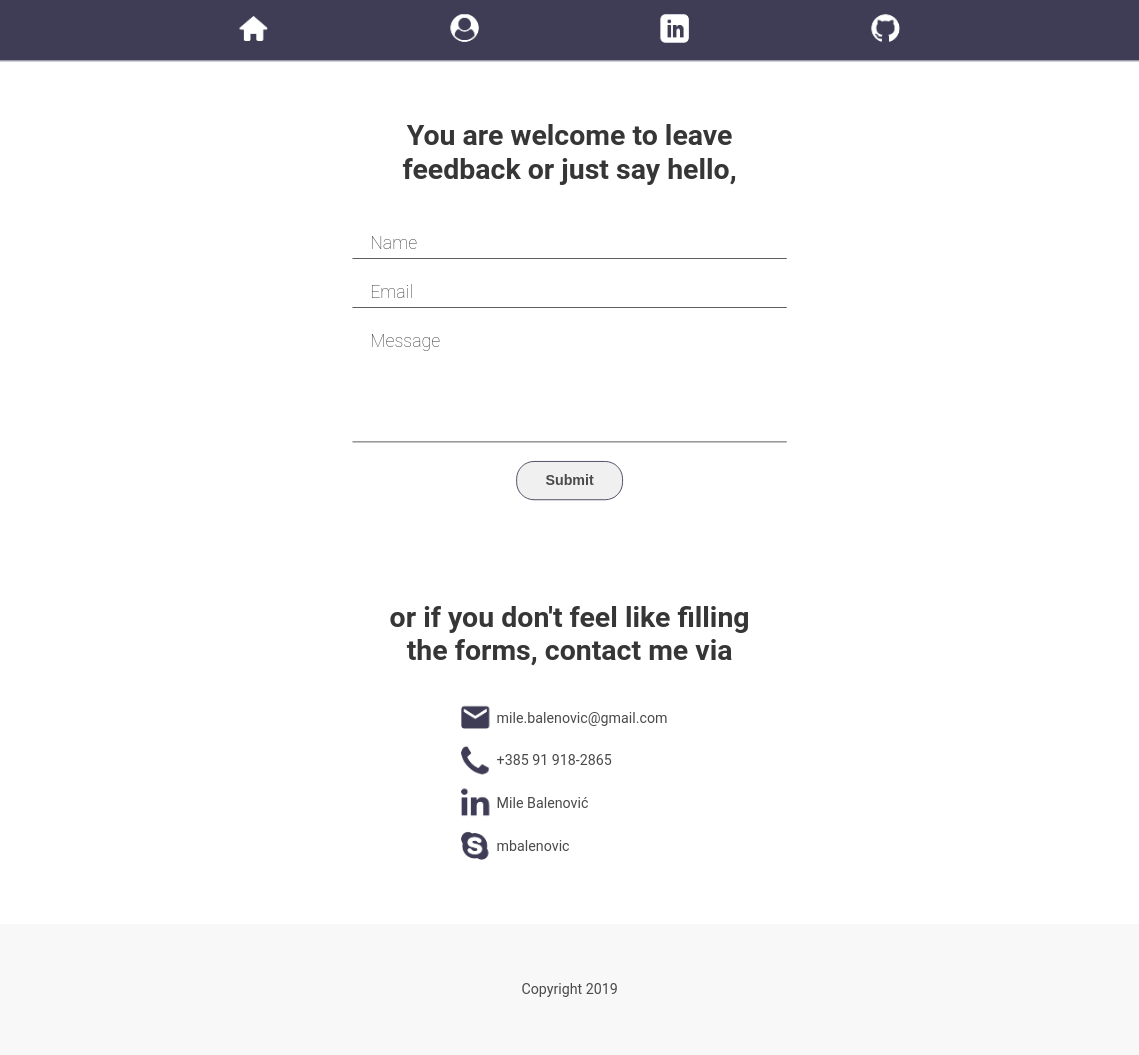
Repository: milac0/my-website
Page: /contact
These files come from the project's save history. The page is drawn as it stood at one moment and after the next save; the edit follows.
The browser window is 1280 px wide. The pictures show the whole page, at 89% of full size.
The project was rebuilt for these pictures with package versions that can differ from the ones it lists, and the page was loaded fresh each time. Also part of the build but not shown: src/components/Hero.js, src/components/AboutMe.js, src/components/Education.js, src/components/Experience.js, src/components/Projects.js, src/components/SectionCTA.js, src/pages/Home.js. Imported but missing from the stored project, and not drawn on this page: src/resume.pdf.

Above is the page before, as saved 2019-10-24 13:34:32.

### public/index.html
<!DOCTYPE html>
<html lang="en">
  <head>
    <meta charset="utf-8" />
    <link rel="icon" href="%PUBLIC_URL%/favicon.ico" />
    <meta name="viewport" content="width=device-width, initial-scale=1" />
    <meta name="theme-color" content="#000000" />
    <meta
      name="description"
      content="Web site created using create-react-app"
    />
    <!--
      manifest.json provides metadata used when your web app is installed on a
      user's mobile device or desktop. See https://developers.google.com/web/fundamentals/web-app-manifest/
    -->
    <link rel="manifest" href="%PUBLIC_URL%/manifest.json" />
    <!--
      Notice the use of %PUBLIC_URL% in the tags above.
      It will be replaced with the URL of the `public` folder during the build.
      Only files inside the `public` folder can be referenced from the HTML.

      Unlike "/favicon.ico" or "favicon.ico", "%PUBLIC_URL%/favicon.ico" will
      work correctly both with client-side routing and a non-root public URL.
      Learn how to configure a non-root public URL by running `npm run build`.
    -->
    <title>Mile Balenovic</title>
  </head>
  <body>
    <noscript>You need to enable JavaScript to run this app.</noscript>
    <div id="root"></div>
    <!--
      This HTML file is a template.
      If you open it directly in the browser, you will see an empty page.

      You can add webfonts, meta tags, or analytics to this file.
      The build step will place the bundled scripts into the <body> tag.

      To begin the development, run `npm start` or `yarn start`.
      To create a production bundle, use `npm run build` or `yarn build`.
    -->
  </body>
</html>

### src/index.css
html, body {
  height: 100%;
}

body {
  display: flex;
  flex-direction: column;
}

body {
  margin: 0;
  font-family: 'Roboto', sans-serif;
  -webkit-font-smoothing: antialiased;
  -moz-osx-font-smoothing: grayscale;
}

/*****
  Navbar & Hero
*****/

header,
.hero {
  /* background: #1f2e3f; */
  /* background: #19427A; */
  background:#3F3D56;
  border-bottom: 0.1px solid #ffffff;
  text-align: center;
}

.hero {
  margin-bottom: 2em;
}

.container {
  width: 90%;
  max-width: 1200px;
  margin: 0 auto;
}

nav li {
  list-style: none;
  display: flex;
  justify-content: space-evenly;
  align-items: center;
}

.nav-item:hover {
  filter: invert(0.1);
}
nav ul {
  padding: 0;
}

.hero {
  margin-bottom: 2.5em;
}

.hero-profile {
  padding: 3em 0;
}

.hero-profile img {
  margin-bottom: 0.5em;
}

.hero-profile-title,
.hero-profile-subtitle {
  color: #ffffff;
}

.hero-profile h1 {
  margin: 0;
  font-size: 2rem;
}

.hero-profile p {
  font-size: 1rem;
  margin: 0;
  margin-top: -0.25rem;
  margin-bottom: 1.5em;
}

.hero-profile-subtitle strong {
  font-weight: 700;
  color: #61dafb;
}

.button-cta,
.button-home {
  /* background: #F16334; */
  background: #00AEA0;
  color: #1f2e3f;
  padding: 0.75em 2em;
  border: none;
  border-radius: 20px;
  font-size: 1rem;
  font-weight: 700;
  text-decoration: none;
}

.button-cta:hover,
.button-cta:focus {
  /* background: #ed4d1c; */
  background: #00C1B1;
  color: #1f2e3f;
  cursor: pointer;
}

.button-home {
  background: #ffffff;
  border: 2px solid #1f2e3f;
  padding: 0.3em 1em;
}

.button-home:hover,
.button-home:focus {
  border: 2px solid #ffffff;
 filter: invert(0.1);
}


/*****
  Typography
*****/

h1 {
  color: #363636;
}

h2 {
  color: #363636;
  font-size: 1.5rem;
  font-weight: 500;
  margin: 0;
}

p,
ul {
  color: #4a4a4a;
}

.section-skill h2 {
  color: #1F2E3F;
  font-size: 1.25rem;
  font-weight: 400;
  margin: 0;
}

.section-body {
  font-size: 1rem;
  margin-bottom: 1em;
}

#section-cta .section-title,
#section-cta .section-body {
  color: #ffffff;

}

/*****
  Layout
*****/
section {
  margin-bottom: 2.5em;
}

.section-title {
  border-bottom: 2px solid #F8F8F9;
  font-size: 2rem;
  padding-bottom: 0.5em;
}

.article-education,
.section-skill {
  box-shadow: 2px 2px #F8F8F9;
  border: 2px solid #F8F8F9;
  /* background: #fafafa; */
  margin-bottom: 1em;
  padding: 0.5em;
}

.article-education li{
  margin-bottom: 0.5em;
}

.section-skill {
  background: #F8F8F9;
  text-align: center;
}

.section-skill p {
  margin: 0;
}

.section-skill-image {
  display: block;
  margin: 0 auto 1em auto;
  width: 70%;
}

article {
  background: #F8F8F9;
  padding: 1em;
  margin-bottom: 1em;
}

article h2 {
  margin-bottom: 0.5em;
}

.project-image {
  display: block;
  width: 100%;
  cursor: pointer;
  border-left: 1px solid #19427A;
  border-bottom: 1px solid #19427A;
  border-radius: 0 0 0 5px;
}

.project-image:hover {
  filter: invert(0.1);
}


#section-cta {
  padding-bottom: 5em;
  background: #3F3D56;
}

#section-cta{
  text-align: center;
  padding: 0.5em;
}

#section-cta .button-cta {
  margin: 1em 0 2em 0;
}

footer {
  background: #F8F8F9;
  padding: 3em 0;
  width: 100%;
  text-align: center;
  flex-shrink: 0;
}

.invalid-feedback {
  color: #D8000C;
  font-size: 0.75rem;
  font-family: 'Roboto', sans-serif;
}

### src/App.js
import React from 'react';
import {
  BrowserRouter as Router,
  Switch,
  Route,
} from "react-router-dom";
import Home from './pages/Home'
import Contact from './pages/Contact';

function App() {
  return (
      <Router>
        <Switch>
        <Route path ="/" exact component={Home} />
        <Route path ="/contact" component={Contact} />
        </Switch>
      </Router>

  );
}

export default App;

### src/pages/Contact.js
import React, { Fragment } from "react";
import Navbar from "../components/Navbar";
import Footer from "../components/Footer";
import FormContact from '../components/FormContact'
import styles from "./contact.module.css";

import skypeIcon from "../images/skype.png";
import mailIcon from "../images/mail.png";
import linkedinIcon from "../images/linkedin-contact.png";
import phoneIcon from "../images/phone.png";

const Contact = () => {
  return (
    <Fragment>
      <Navbar />
      <main>
        <div className={styles.container}>
            <h1 className={styles.contactTitle}>
              You are welcome to leave feedback or just say hello,
            </h1>
          <section>
            <FormContact />
          </section>
          <section className={styles.otherContacts}>
            <h1 className={styles.contactTitle}>or if you don't feel like filling the forms, contact me via</h1>
            <ul className={styles.contacts}>
              <li>
                <a className={styles.contactItem} href="mailto:mile.balenovic@gmail.com?Subject=Hello">
                  <img src={mailIcon} alt="github" />
                  <span className={styles.contactBody}>mile.balenovic@gmail.com</span>
                </a>
              </li>
              <li>
                <a className={styles.contactItem} href="tel:00385919182865">
                  <img src={phoneIcon} alt="phone" />
                  <span className={styles.contactBody}>+385 91 918-2865</span>
                </a>
              </li>
              <li>
                <a className={styles.contactItem} href="https://www.linkedin.com/in/mile-balenovi%C4%87-a4ab9188/">
                  <img src={linkedinIcon} alt="linkedin" />
                  <span className={styles.contactBody}>Mile Balenović</span>
                </a>
              </li>
              <li>
                <a className={styles.contactItem} href="skype:mbalenovic?chat">
                  <img src={skypeIcon} alt="skype" />
                  <span className={styles.contactBody}>mbalenovic</span>
                </a>
              </li>
            </ul>
          </section>
        </div>
      </main>
      <Footer />
    </Fragment>
  );
};

export default Contact;

### src/components/Navbar.js
import React from "react";
import { Link } from 'react-router-dom'

import resumeIcon from "../images/resume.png";
import linkedinIcon from "../images/linkedin.png";
import githubIcon from "../images/github.png";
import homeIcon from "../images/home.png";
import resumePdf from "../resume.pdf";

//mui
import Tooltip from "@material-ui/core/Tooltip";

const Navbar = ({ showHome }) => {
  return (
    <header>
      <div className="container">
        <nav>
          <li>
          <ul>
              <Tooltip title="Home">
                <Link to="/">
                  <img className="nav-item" src={homeIcon} alt="home" />
                </Link>
              </Tooltip>
            </ul>
            <ul>
              <Tooltip title="Resume">
                <a href={resumePdf} download target="_self">
                  <img className="nav-item" src={resumeIcon} alt="resume" />
                </a>
              </Tooltip>
            </ul>
            <ul>
              <Tooltip title="Linkedin">
                <a href="https://www.linkedin.com/in/mile-balenovi%C4%87-a4ab9188/">
                  <img className="nav-item" src={linkedinIcon} alt="linkedin" />
                </a>
              </Tooltip>
            </ul>
            <ul>
              <Tooltip title="Github">
                <a href="https://github.com/milac0">
                  <img className="nav-item" src={githubIcon} alt="github" />
                </a>
              </Tooltip>
            </ul>
          </li>
        </nav>
      </div>
    </header>
  );
};

export default Navbar;

### src/components/Footer.js
import React from 'react';

const Footer = () => {
    return (
        <footer>
        <p> Copyright 2019</p>
     </footer>
    );
};

export default Footer;

### src/components/FormContact.js
import React, { useState, Fragment } from 'react';
import { Formik, Form, Field, ErrorMessage } from 'formik';
import * as Yup from 'yup';
import emailjs from 'emailjs-com'

import styles from './formContact.module.css'

const FormContact = () => {

    const [description, setDescription] = useState('')

    return (
        <Formik
                initialValues={{
                    name: '',
                    message: '',
                    email: ''
                }}
                validationSchema={Yup.object().shape({
                    name: Yup.string()
                        .required('Name is required'),
                    message: Yup.string()
                        .required('Message is required'),
                    email: Yup.string()
                        .email('Email is invalid')
                        .required('Email is required')
                })}
                onSubmit={({name, message, email }, { resetForm}) => {
                    emailjs.send('gmail_mile_balenovic', 'template_kfALJkSq', {name, email, message}, process.env.REACT_APP_API_KEY)
                    .then(response => {
                        if(response.status === 200) {
                            setDescription(`Hear you soon!`)
                            resetForm()
                        } else {
                            setDescription(`Something went wrong. Try contacts bellow!`)
                        }
                    })
                    .catch(err => console.log(err))
                }}
                render={({ errors, status, touched }) => (
                    <Fragment>
                        <Form>
                        <div className="form-group">
                            <Field name="name" placeholder="Name" type="text" className={'form-control' + (errors.name && touched.name ? ' is-invalid' : '')} />
                            <ErrorMessage name="name" component="div" className="invalid-feedback" />
                        </div>
                        <div className="form-group">
                            <Field name="email" placeholder="Email" type="text" className={'form-control' + (errors.email && touched.email ? ' is-invalid' : '')} />
                            <ErrorMessage name="email" component="div" className="invalid-feedback" />
                        </div>
                        <div className="form-group">
                            <Field name="message" placeholder="Message" type="text" component="textarea" rows="5" className={'form-control' + (errors.message && touched.message ? ' is-invalid' : '')} />
                            <ErrorMessage name="message" component="div" className="invalid-feedback" />
                        </div>

                        <div className="form-group">
                            <button type="submit" className={styles.buttonSubmit}>Submit</button>
                        </div>
                    </Form>
                    <p className={styles.description}>{description}</p>
                    </Fragment>
                )}
            />
    )
}
export default FormContact;

### src/pages/contact.module.css
span {
    color: #4a4a4a;
    font-size: 1rem;
}

.container {
    width: 90%;
    max-width: 560px;
    margin: 0 auto;
    text-align: center;
}

.contacts {
    list-style: none;
    padding-left: 0;
    width: 260px;
    margin: 0 auto 4em auto;
}

.contactItem {
    text-decoration: none;
    padding: 0.5em;
    display: flex;
    justify-content: flex-start;
    align-items: center;
}

.contactTitle {
    margin: 2em;
    margin-bottom: 1em;
}

.contactBody {
    padding: 0 0.5em;
}

.otherContacts .contactTitle {
    margin-top: 3em;
    font-size: 2rem;
}

### src/components/formContact.module.css
.buttonSubmit {
    margin: 1em;
    border-radius: 5px;
    background: #F0F0F0;
    color: #4a4a4a;
    padding: 0.75em 2em;
    border: 1px solid #3F3D56;
    border-radius: 20px;
    font-size: 1rem;
    font-weight: 700;
    text-decoration: none;
}

.buttonSubmit:hover,
.buttonSubmit:focus {
    color: #ffffff;
    cursor: pointer;
    background: #3F3D56;
}

input, textarea {
    max-width: 480px;
    width: 80%;
    display: block;
    padding: 1em;
    padding-bottom: 0.25em;
    margin: 0.25em auto;
    border: none;
    border-bottom: 1px solid #4a4a4a;
    resize: none;
}

input[type=text],
textarea[type=text] {
    color: #363636;
    font-size: 1.25rem;
    font-weight: 400;
    font-family: 'Roboto', sans-serif;
}

input::placeholder,
textarea::placeholder {
    color: #363636;
    font-size: 1.25rem;
    font-weight: 200;
    font-family: 'Roboto', sans-serif;
}

.description {
    color: #363636;
    font-size: 1.25rem;
    margin: 0 auto;
}

Loaded but not shown: src/index.js (common file)

After the next save:
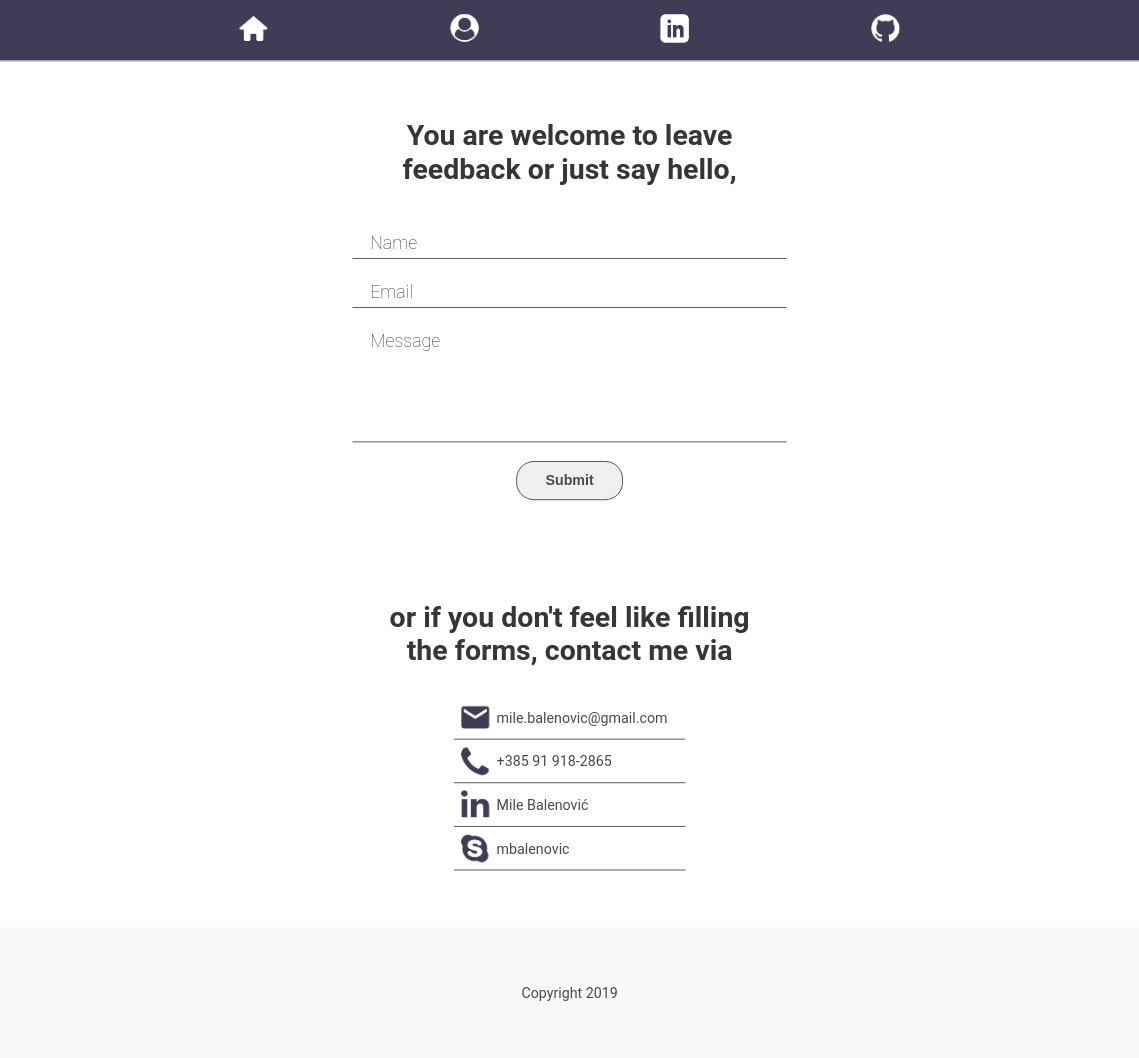
Saved 62 s later.
--- a/src/pages/contact.module.css
+++ b/src/pages/contact.module.css
@@ -23,6 +23,7 @@ span {
     display: flex;
     justify-content: flex-start;
     align-items: center;
+    border-bottom: 1px solid #4a4a4a;
 }
 
 .contactTitle {
